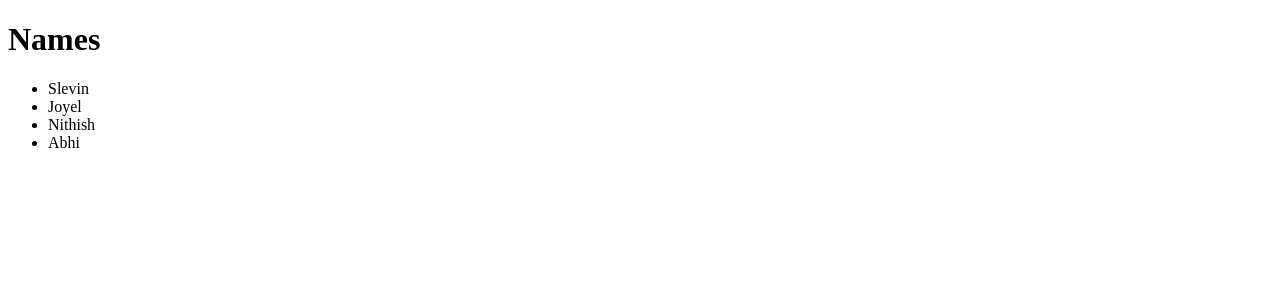
Repository: slevin2002/phpprojectgh
Page: http://localhost/names.php
These files come from the project's save history. The page is drawn as it stood at one moment and after a run of saves; the edit follows.
The browser window is 1280 px wide. The pictures show the whole page.
The page is run by PHP 8.4 with error messages shown; the project is at /var/www/html/.

Above is the page before, as saved 2022-12-14 13:03:48.

### names.php
<?php
    $names = ['Slevin', 'Joyel', 'Nithish', 'Abhi'];
?>
<!DOCTYPE html>
<html lang="en">
<?php

?>
<body class="">
    <h1>Names</h1>
    <ul class="<?= count($names) > 3 ? 'more-names' : 'some-names' ?>">
        <?php foreach($names as $name) { ?>

          <li><?= $name ?></li>
        <?php } ?>
    </ul>

</body>
</html>

After the next 3 saves:
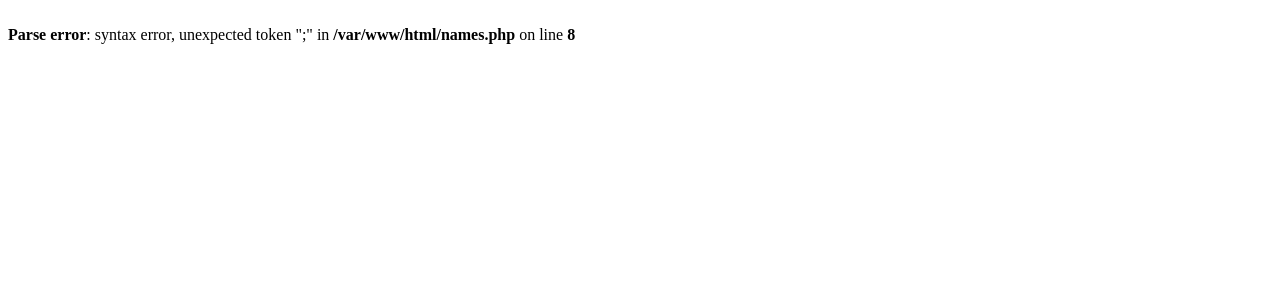
The 3 saves are shown as one change because they came seconds apart.
The last was saved 7 s later.
--- a/names.php
+++ b/names.php
@@ -4,7 +4,7 @@
 <!DOCTYPE html>
 <html lang="en">
 <?php
-
+   include
 ?>
 <body class="">
     <h1>Names</h1>
